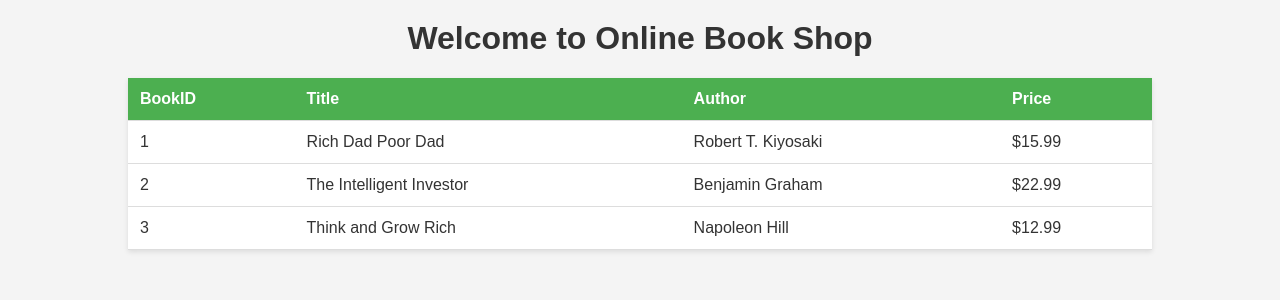
Repository: Afrozzzz/java-training
Page: shop/src/main/resources/static/index.html
The author's editor kept a copy of each file at every save. The page is drawn from the files as they stood at one save, then again after the next save.
The browser window is 1280 px wide. The pictures show the whole page.

Above is the page before, as saved 2025-02-26 12:31:59.

After the next save:
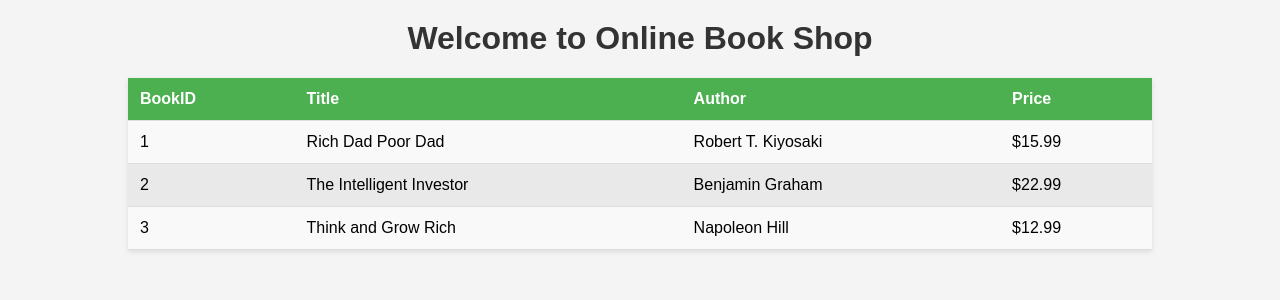
Saved 12 s later.
--- a/shop/src/main/resources/static/styles.css
+++ b/shop/src/main/resources/static/styles.css
@@ -36,12 +36,15 @@ th {
     color: #fff;
 }
 
-td {
-    background-color: #fff;
-    color: #333;
+tbody tr:nth-child(odd) td {
+    background-color: #f9f9f9;
 }
 
-tr:hover td {
+tbody tr:nth-child(even) td {
+    background-color: #e9e9e9;
+}
+
+tbody tr:hover td {
     background-color: #e0f7fa;
     color: #00796b;
 }
